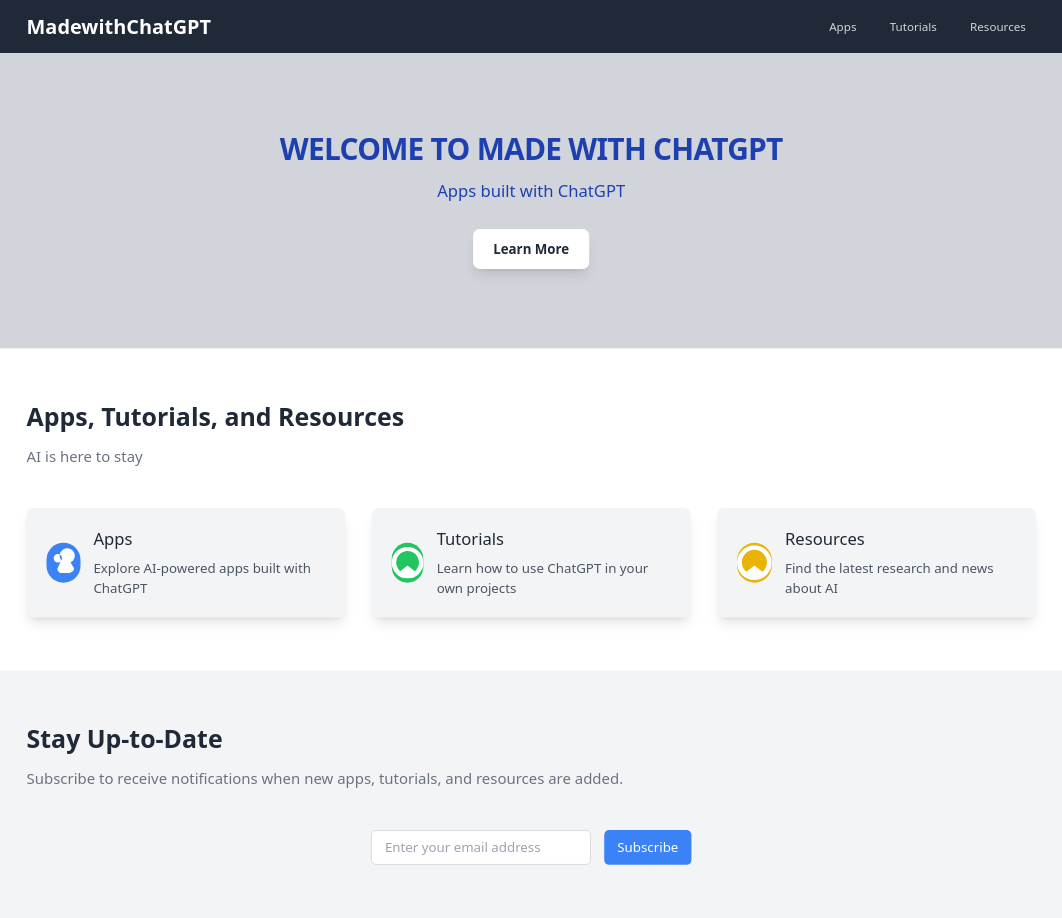
Repository: buzzedison/madewithchatgpt
Page: /
An editor plug-in stored every save of this project. The page is shown before and after the next save, followed by the edit.
The browser window is 1280 px wide. The pictures show the whole page, at 83% of full size.
The project was rebuilt for these pictures with package versions that can differ from the ones it lists, and the page was loaded fresh each time. The framework's server and built-in components were replaced by stand-ins that run in the browser. Also part of the build but not shown: svelte.config.js, vite.config.js.

Above is the page before, as saved 2023-03-17 09:40:37.

After the next save:
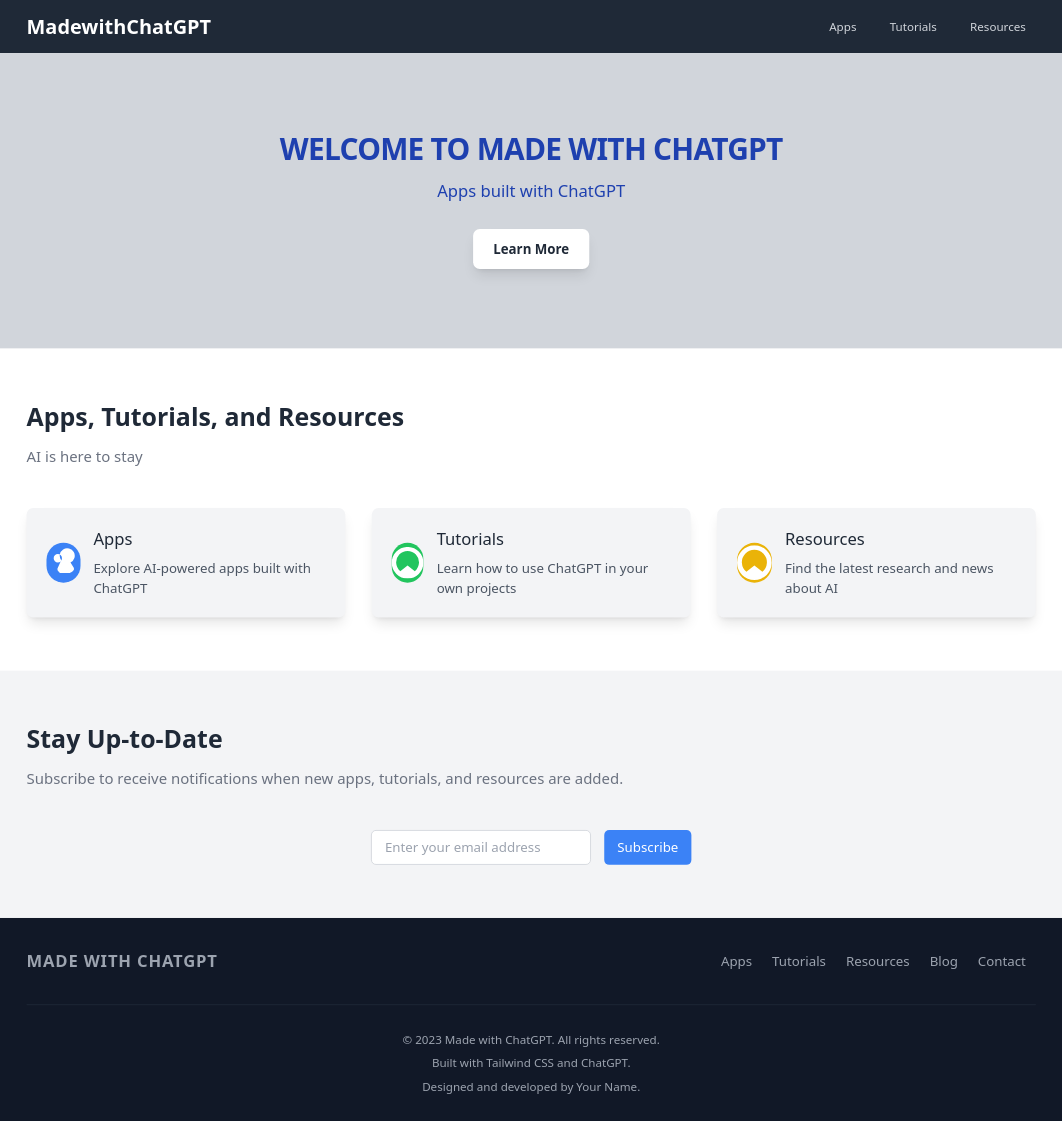
Saved 24 s later.
--- a/src/routes/+layout.svelte
+++ b/src/routes/+layout.svelte
@@ -1,9 +1,11 @@
 <script>
   import "../app.css";
   import Navbar from "../components/Navbar.svelte";
+  import Footer from "../components/Footer.svelte";
 </script>
 
 <div>
   <Navbar />
   <slot />
+  <Footer />
 </div>
